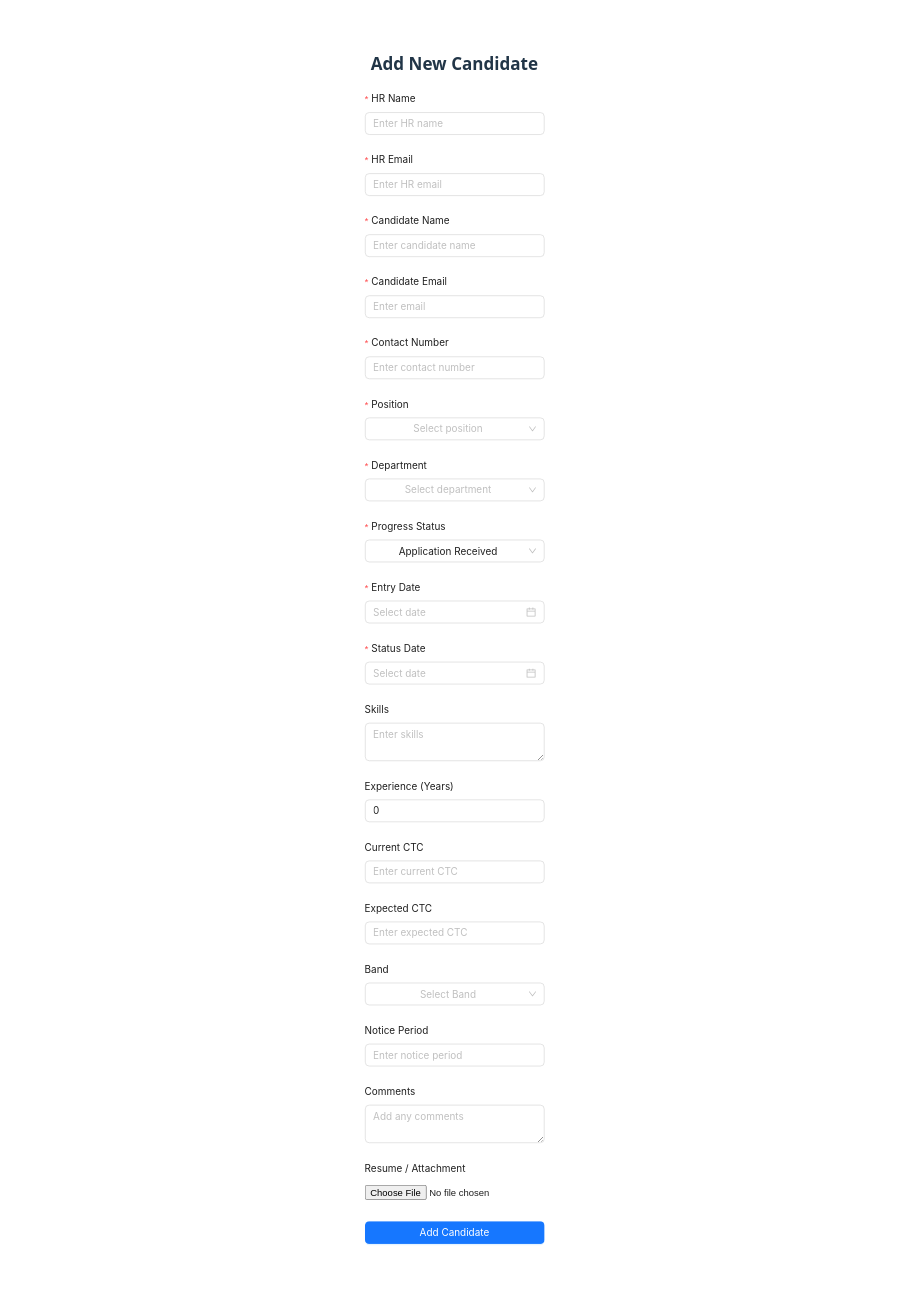
Repository: Moqueed/Delta_Iot
Page: /hr-dashboard/add-candidate (app in client/)
These files come from the project's save history. The page is drawn as it stood at one moment and after the next save; the edit follows.
The browser window is 1280 px wide. The pictures show the whole page, at 71% of full size.
The project was rebuilt for these pictures with package versions that can differ from the ones it lists, and the page was loaded fresh each time. Also part of the build but not shown: client/vite.config.js, client/src/api/users.js, client/src/pages/Register/index.jsx, client/src/pages/Login/index.jsx, client/src/components/ProtectedRoute.jsx, client/src/pages/HR/HRDashboard.jsx, client/src/pages/Admin/AdminDashboard.jsx, client/src/pages/HR/TotalDataPage.jsx and 4 more.

Above is the page before, as saved 2025-03-26 16:27:51.

After the next save:
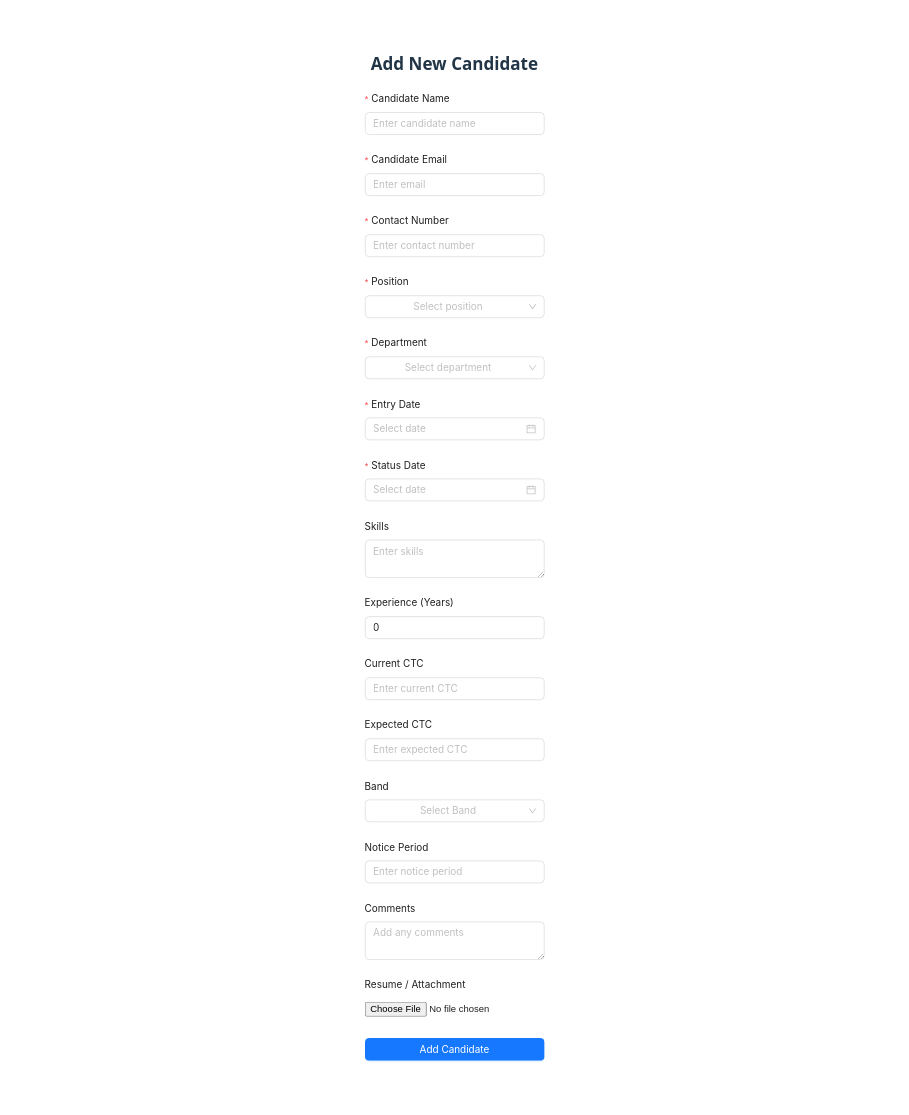
Saved 10 min 14 s later.
--- a/client/src/pages/HR/Candidates.jsx
+++ b/client/src/pages/HR/Candidates.jsx
@@ -109,15 +109,6 @@
         onFinish={handleSubmit}
         initialValues={{ progress_status: "Application Received", experience: 0 }}
       >
-        {/* 🔥 HR Details */}
-        <Form.Item name="HR_name" label="HR Name" rules={[{ required: true }]}>
-          <Input placeholder="Enter HR name" />
-        </Form.Item>
-
-        <Form.Item name="HR_mail" label="HR Email" rules={[{ required: true, type: "email" }]}>
-          <Input placeholder="Enter HR email" />
-        </Form.Item>
-
         {/* 🔥 Candidate Info */}
         <Form.Item name="candidate_name" label="Candidate Name" rules={[{ required: true }]}>
           <Input placeholder="Enter candidate name" />
@@ -151,34 +142,6 @@
             ))}
           </Select>
         </Form.Item>
-
-        {/* 🔥 Progress & Status */}
-        <Form.Item name="progress_status" label="Progress Status" rules={[{ required: true }]}>
-          <Select>
-            {[
-              "Application Received",
-              "Phone Screening",
-              "L1 Interview",
-              "Yet to Share",
-              "L2 Interview",
-              "Shared with Client",
-              "Final Discussion",
-              "Offer Released",
-              "Joined",
-              "Declined Offer",
-              "Rejected",
-              "Withdrawn",
-              "No Show",
-              "Buffer",
-              "Hold",
-            ].map((status) => (
-              <Option key={status} value={status}>
-                {status}
-              </Option>
-            ))}
-          </Select>
-        </Form.Item>
-
         {/* 🔥 Dates */}
         <Form.Item name="entry_date" label="Entry Date" rules={[{ required: true }]}>
           <DatePicker style={{ width: "100%" }} />

After the save that followed:
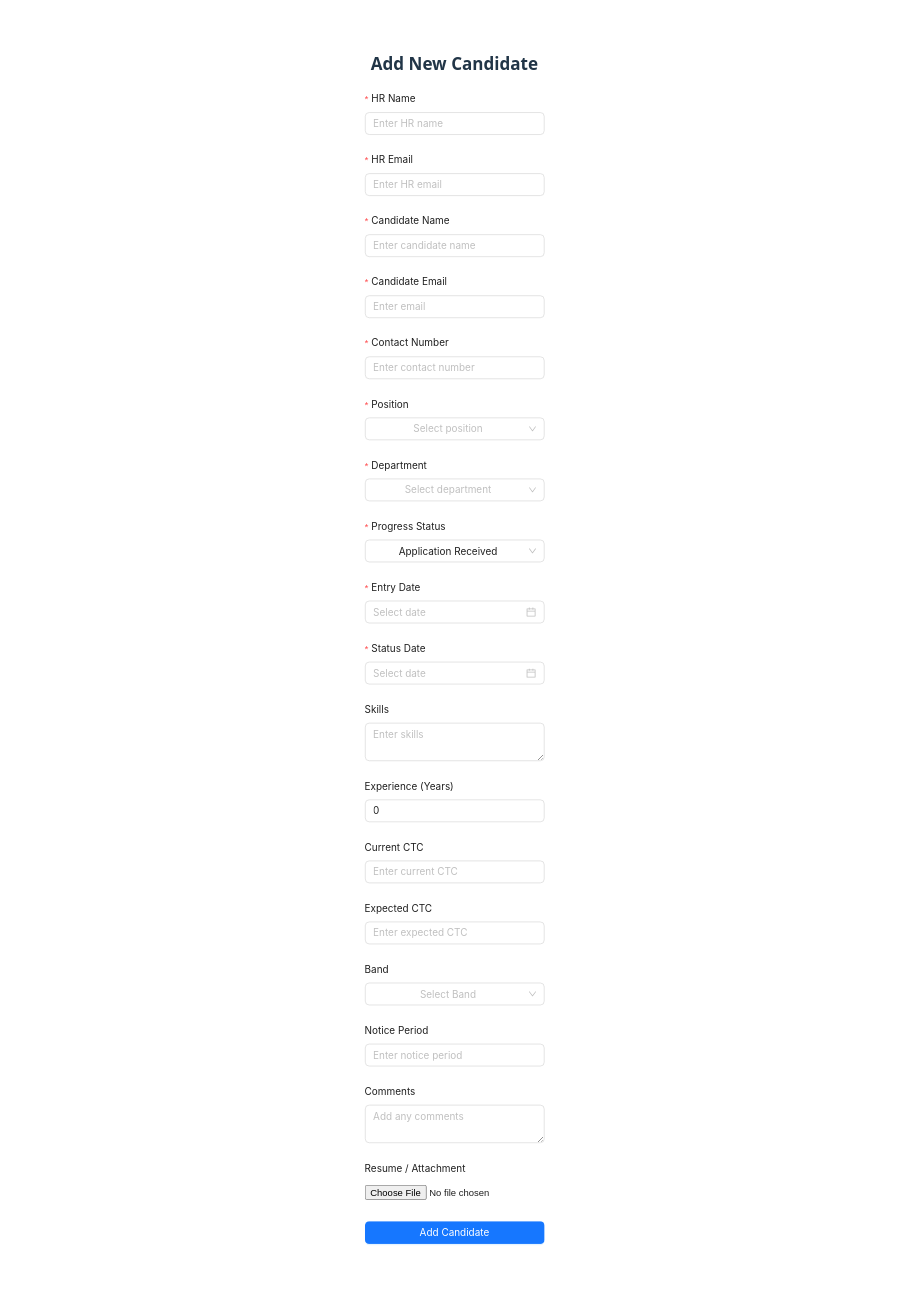
Saved 7 min 12 s later.
--- a/client/src/pages/HR/Candidates.jsx
+++ b/client/src/pages/HR/Candidates.jsx
@@ -109,6 +109,15 @@
         onFinish={handleSubmit}
         initialValues={{ progress_status: "Application Received", experience: 0 }}
       >
+        {/* 🔥 HR Details */}
+        <Form.Item name="HR_name" label="HR Name" rules={[{ required: true }]}>
+          <Input placeholder="Enter HR name" />
+        </Form.Item>
+
+        <Form.Item name="HR_mail" label="HR Email" rules={[{ required: true, type: "email" }]}>
+          <Input placeholder="Enter HR email" />
+        </Form.Item>
+
         {/* 🔥 Candidate Info */}
         <Form.Item name="candidate_name" label="Candidate Name" rules={[{ required: true }]}>
           <Input placeholder="Enter candidate name" />
@@ -142,6 +151,34 @@
             ))}
           </Select>
         </Form.Item>
+
+        {/* 🔥 Progress & Status */}
+        <Form.Item name="progress_status" label="Progress Status" rules={[{ required: true }]}>
+          <Select>
+            {[
+              "Application Received",
+              "Phone Screening",
+              "L1 Interview",
+              "Yet to Share",
+              "L2 Interview",
+              "Shared with Client",
+              "Final Discussion",
+              "Offer Released",
+              "Joined",
+              "Declined Offer",
+              "Rejected",
+              "Withdrawn",
+              "No Show",
+              "Buffer",
+              "Hold",
+            ].map((status) => (
+              <Option key={status} value={status}>
+                {status}
+              </Option>
+            ))}
+          </Select>
+        </Form.Item>
+
         {/* 🔥 Dates */}
         <Form.Item name="entry_date" label="Entry Date" rules={[{ required: true }]}>
           <DatePicker style={{ width: "100%" }} />
